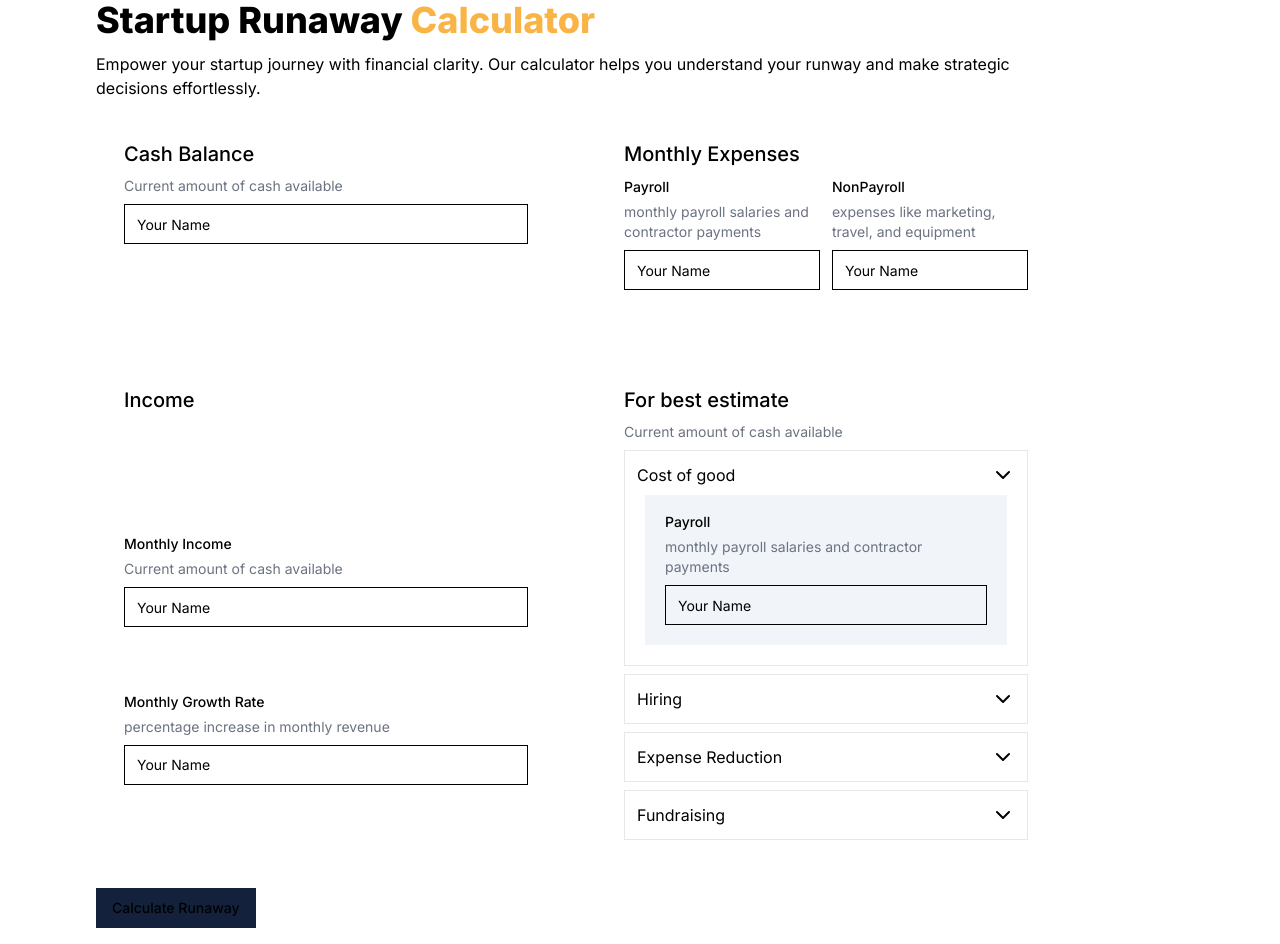
Repository: wossenF/startup-runaway-calculator
Page: /
These files come from the project's save history. The page is drawn as it stood at one moment and after the next save; the edit follows.
The browser window is 1280 px wide. The pictures show the whole page.
The project was rebuilt for these pictures with package versions that can differ from the ones it lists, and the page was loaded fresh each time. The framework's server and built-in components were replaced by stand-ins that run in the browser. Also part of the build but not shown: next.config.mjs.

Above is the page before, as saved 2024-04-08 13:37:56.

### src/app/page.tsx
import UserInput from "../components/UserInput";
import {Button} from '../components/ui/button'
export default function Home() {
  return (
    <main className="ml-24 w-3/4 mx-auto">
      <h1 className="font-extrabold text-4xl">Startup Runaway <span className="text-[#FAB446]">Calculator</span></h1>
      <p className="mx-auto max-w-screen-md lg:max-w-screen-lg xl:max-w-screen-xl p-3 pl-0">Empower your startup journey with financial clarity. Our calculator  helps you understand your runway and make strategic decisions  effortlessly.</p>
      <UserInput/>
      <Button className="mb-4">Calculate Runaway</Button>
    </main>
  );
}

### src/components/UserInput.tsx
"use client";
import { Input } from "./ui/input";
import { Label } from "./ui/label";
import { ChevronDown } from "lucide-react";
import {Button} from "./ui/button"
const UserInput = () => {
  return (
    <>
    <div className="grid grid-cols-1 lg:grid-cols-2 gap-10 pb-5">
      <div className="bg-secondary/50 rounded-lg p-7  ">
        <form className="grid gap-2">
          <Label className="font-medium text-xl">Cash Balance</Label>
          <p className="text-gray-500 text-sm ">
            Current amount of cash available
          </p>
          <Input name="name" placeholder="Your Name" />
        </form>
      </div>

      <div className=" bg-secondary/50 rounded-lg p-7  grid gap-2">
        <Label className="font-medium text-xl">Monthly Expenses</Label>
        <div className="grid grid-cols-2 gap-3 pt-1">
          <div>
            <form className="grid gap-2">
              <Label className="">Payroll</Label>
              <p className="text-gray-500 text-sm ">
                monthly payroll salaries and contractor payments
              </p>
              <Input name="name" placeholder="Your Name" />
            </form>
          </div>
          <div>
            <form className="grid gap-2">
              <Label className="">NonPayroll</Label>
              <p className="text-gray-500 text-sm ">
                expenses like marketing, travel, and equipment
              </p>
              <Input name="name" placeholder="Your Name" />
            </form>
          </div>
        </div>
      </div>

      <div className=" bg-secondary/50 rounded-lg p-7  grid gap-2">
        <Label className="font-medium text-xl">Income</Label>
        <div className="grid gap-3 pt-1">
          <div>
            <form className="grid gap-2">
              <Label className="">Monthly Income</Label>
              <p className="text-gray-500 text-sm ">
                Current amount of cash available
              </p>
              <Input name="name" placeholder="Your Name" />
            </form>
          </div>
          <div>
            <form className="grid gap-2">
              <Label className="">Monthly Growth Rate</Label>
              <p className="text-gray-500 text-sm ">
                percentage increase in monthly revenue
              </p>
              <Input name="name" placeholder="Your Name" />
            </form>
          </div>
        </div>
      </div>

      <div className="bg-secondary/50 rounded-lg p-7  ">
        <form className="grid gap-2">
          <Label className="font-medium text-xl">For best estimate</Label>
          <p className="text-gray-500 text-sm ">
            Current amount of cash available
          </p>
          <div className="p-3 gap-20 border rounded-md  ">
            <div className="flex justify-between ">
              <p>Cost of good </p>
              <ChevronDown />
            </div>

            <div className=" p-5 bg-slate-100 m-2">
            <form className="grid gap-2">
              <Label className="">Payroll</Label>
              <p className="text-gray-500 text-sm ">
                monthly payroll salaries and contractor payments
              </p>
              <Input name="name" placeholder="Your Name" />
            </form>
          </div>
          </div>
          <div className="flex justify-between p-3 gap-20 border rounded-md  ">
            <p>Hiring</p>
            <ChevronDown />
          </div>
          <div className="flex justify-between p-3 gap-20 border rounded-md  ">
            <p>Expense Reduction</p>
            <ChevronDown />
          </div>
          <div className="flex justify-between p-3 gap-20 border rounded-md  ">
            <p>Fundraising</p>
            <ChevronDown />
          </div>
        </form>
      </div>
    </div>

    </>
  );
};

export default UserInput;

### src/components/ui/button.tsx
import * as React from "react"
import { Slot } from "@radix-ui/react-slot"
import { cva, type VariantProps } from "class-variance-authority"

import { cn } from "@/lib/utils"

const buttonVariants = cva(
  "inline-flex items-center justify-center whitespace-nowrap text-sm font-medium ring-offset-background transition-colors focus-visible:outline-none focus-visible:ring-2 focus-visible:ring-ring focus-visible:ring-offset-2 disabled:pointer-events-none disabled:opacity-50",
  {
    variants: {
      variant: {
        default: "bg-[#13213C] text-primary-foreground hover:bg-primary/90",
        destructive:
          "bg-destructive text-destructive-foreground hover:bg-destructive/90",
        outline:
          "border border-input bg-background hover:bg-accent hover:text-accent-foreground",
        secondary:
          "bg-secondary text-secondary-foreground hover:bg-secondary/80",
        ghost: "hover:bg-accent hover:text-accent-foreground",
        link: "text-primary underline-offset-4 hover:underline",
      },
      size: {
        default: "h-10 px-4 py-2",
        sm: "h-9 rounded-md px-3",
        lg: "h-11 rounded-md px-8",
        icon: "h-10 w-10",
      },
    },
    defaultVariants: {
      variant: "default",
      size: "default",
    },
  }
)

export interface ButtonProps
  extends React.ButtonHTMLAttributes<HTMLButtonElement>,
    VariantProps<typeof buttonVariants> {
  asChild?: boolean
}

const Button = React.forwardRef<HTMLButtonElement, ButtonProps>(
  ({ className, variant, size, asChild = false, ...props }, ref) => {
    const Comp = asChild ? Slot : "button"
    return (
      <Comp
        className={cn(buttonVariants({ variant, size, className }))}
        ref={ref}
        {...props}
      />
    )
  }
)
Button.displayName = "Button"

export { Button, buttonVariants }

### src/components/ui/input.tsx
import * as React from "react"

import { cn } from "@/lib/utils"

export interface InputProps
  extends React.InputHTMLAttributes<HTMLInputElement> {}

const Input = React.forwardRef<HTMLInputElement, InputProps>(
  ({ className, type, ...props }, ref) => {
    return (
      <input
        type={type}
        className={cn(
          "flex h-10 w-full rounded-md border border-input bg-background px-3 py-2 text-sm ring-offset-background file:border-0 file:bg-transparent file:text-sm file:font-medium placeholder:text-muted-foreground focus-visible:outline-none focus-visible:ring-2 focus-visible:ring-ring focus-visible:ring-offset-2 disabled:cursor-not-allowed disabled:opacity-50",
          className
        )}
        ref={ref}
        {...props}
      />
    )
  }
)
Input.displayName = "Input"

export { Input }

### src/components/ui/label.tsx
"use client"

import * as React from "react"
import * as LabelPrimitive from "@radix-ui/react-label"
import { cva, type VariantProps } from "class-variance-authority"

import { cn } from "@/lib/utils"

const labelVariants = cva(
  "text-sm font-medium leading-none peer-disabled:cursor-not-allowed peer-disabled:opacity-70"
)

const Label = React.forwardRef<
  React.ElementRef<typeof LabelPrimitive.Root>,
  React.ComponentPropsWithoutRef<typeof LabelPrimitive.Root> &
    VariantProps<typeof labelVariants>
>(({ className, ...props }, ref) => (
  <LabelPrimitive.Root
    ref={ref}
    className={cn(labelVariants(), className)}
    {...props}
  />
))
Label.displayName = LabelPrimitive.Root.displayName

export { Label }

Loaded but not shown: src/app/layout.tsx (common file); src/app/globals.css (common file); src/lib/utils.ts (common file); tailwind.config.ts (common file)

After the next save:
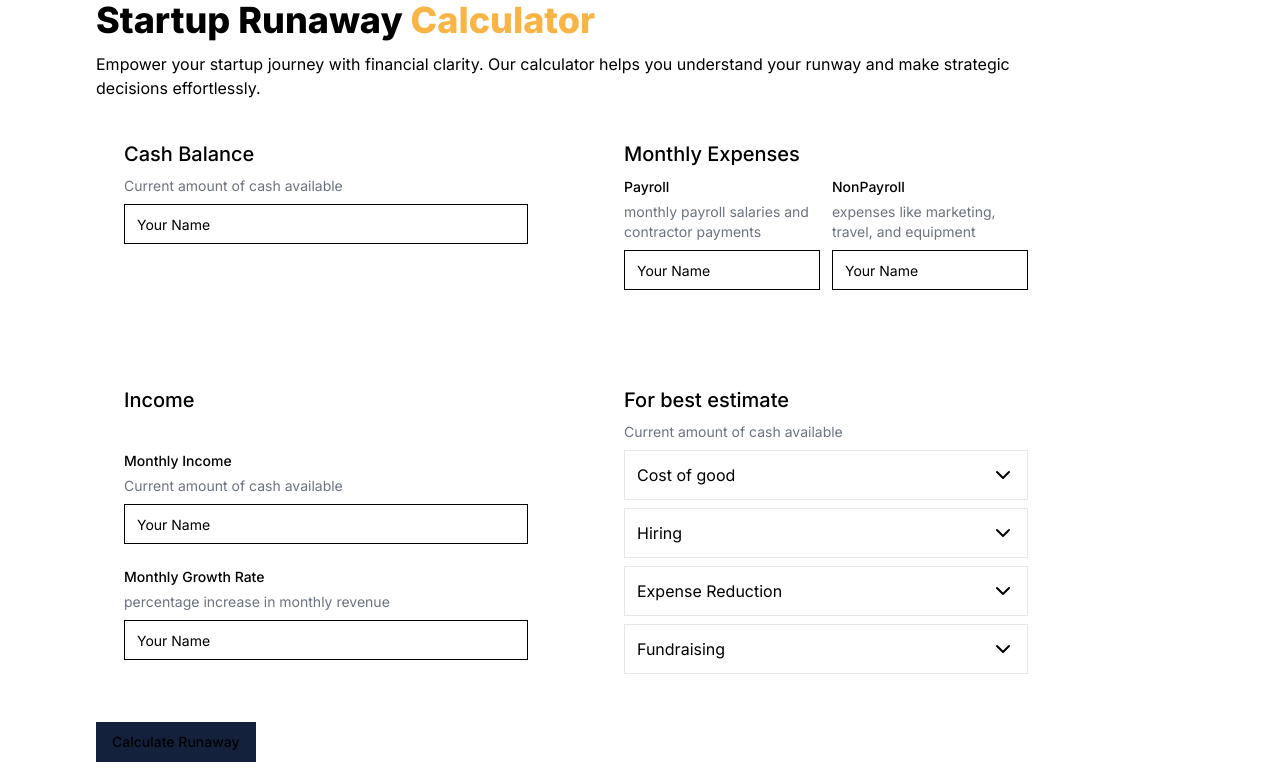
Saved 27 s later.
--- a/src/components/UserInput.tsx
+++ b/src/components/UserInput.tsx
@@ -77,15 +77,7 @@ const UserInput = () => {
               <ChevronDown />
             </div>
 
-            <div className=" p-5 bg-slate-100 m-2">
-            <form className="grid gap-2">
-              <Label className="">Payroll</Label>
-              <p className="text-gray-500 text-sm ">
-                monthly payroll salaries and contractor payments
-              </p>
-              <Input name="name" placeholder="Your Name" />
-            </form>
-          </div>
+
           </div>
           <div className="flex justify-between p-3 gap-20 border rounded-md  ">
             <p>Hiring</p>
